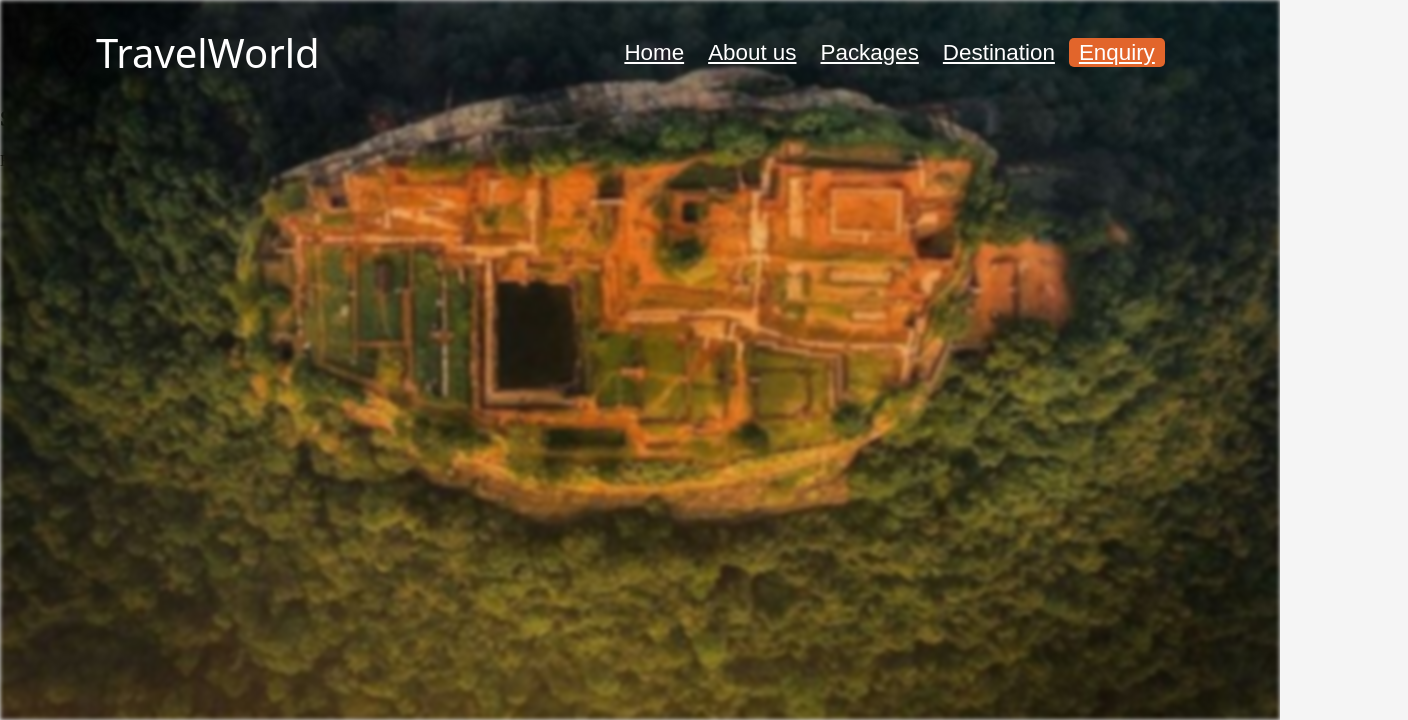
Repository: Haakim19/TavelWorld
Page: HTML/Home.html
The author's editor kept a copy of each file at every save. The page is drawn from the files as they stood at one save, then again after the next save.
The browser window is 1280 px wide. The page is 1280 px wide, then 1408 px, so the pictures cover 1408 px, including what lies to the right of the window. The pictures show the whole page.
Some web fonts or font styles are not loaded; a fallback is used.

Above is the page before, as saved 2024-11-02 10:27:50.

After the next save:
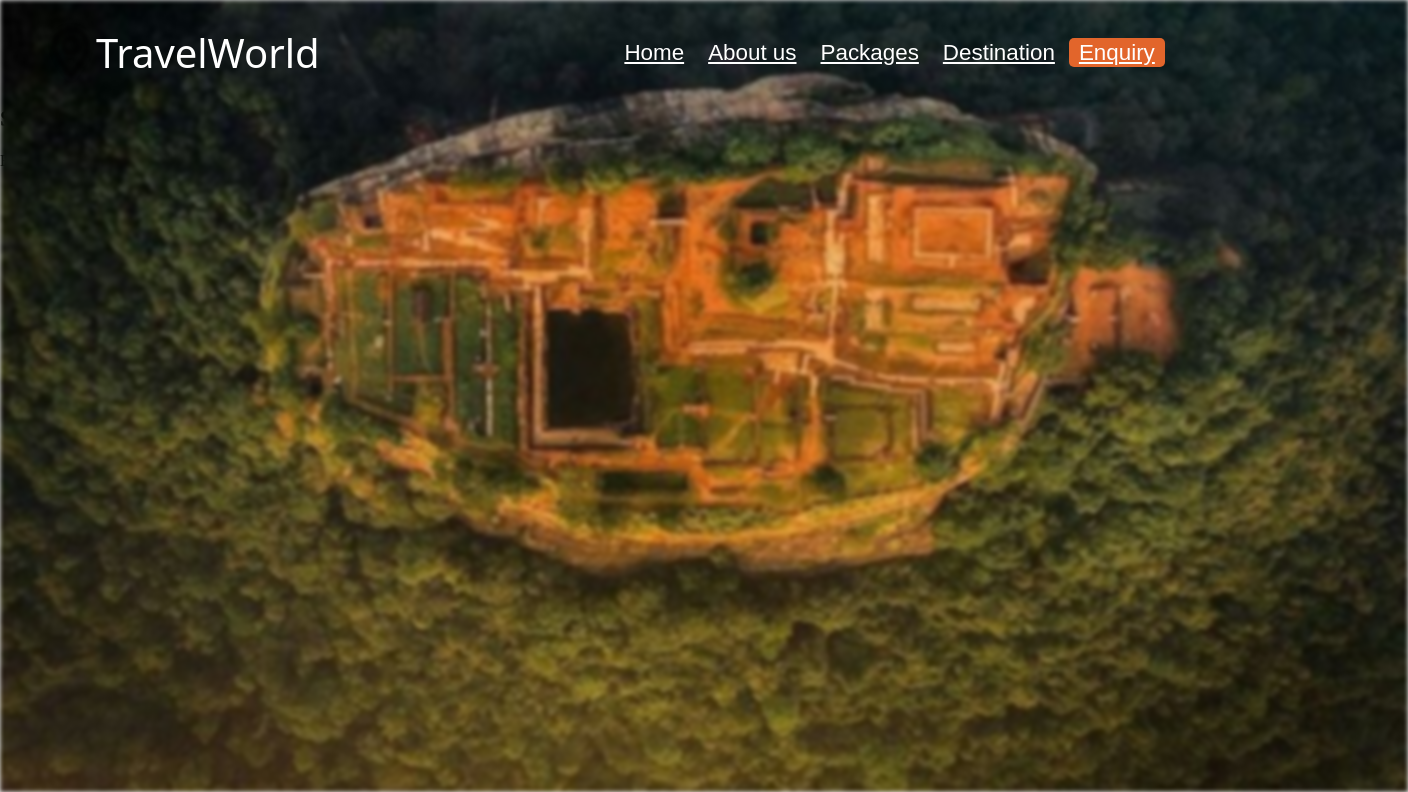
Saved 15 s later.
--- a/CSS/Navbar.css
+++ b/CSS/Navbar.css
@@ -15,8 +15,8 @@ body{
 
 
 .bg-img img{
-    width: 100%;
-    height: 100%;
+    width: 110%;
+    height: 110%;
     object-fit: cover;
     filter: blur(2px);
 }
